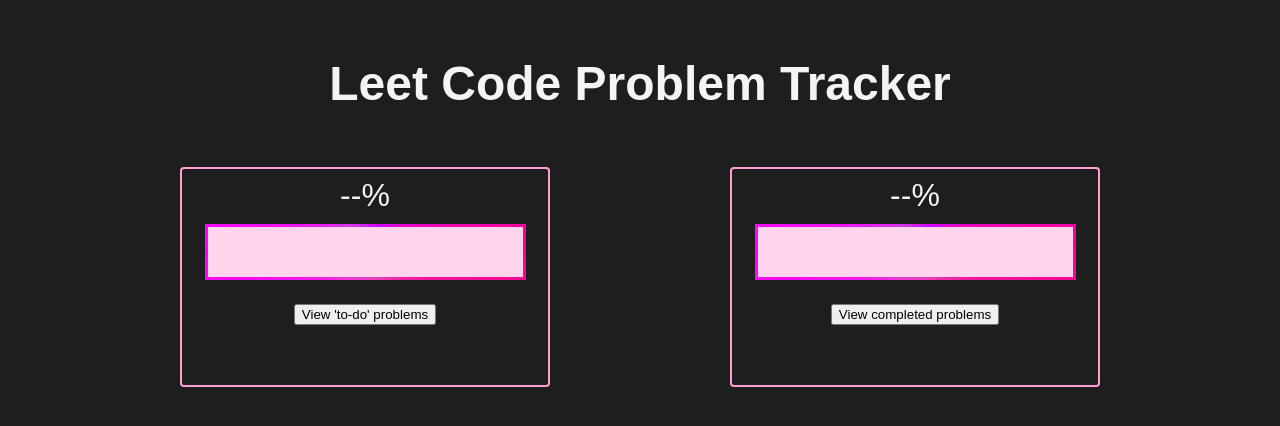
Repository: bbrockbrown/leet-code-tracker
Page: index.html
The author's editor kept a copy of each file at every save. The page is drawn from the files as they stood at one save, then again after the next save.
The browser window is 1280 px wide. The pictures show the whole page.

Above is the page before, as saved 2024-07-28 15:59:01.

### index.html
<!DOCTYPE html>
<html lang="en">
<head>
    <meta charset="UTF-8">
    <meta name="viewport" content="width=device-width, initial-scale=1.0">
    <link rel="stylesheet" href="styles.css">
    <script>src="script.js"</script>
    <title>Document</title>
</head>
<body>
    <div class="main">
        <h1 id="header">Leet Code Problem Tracker</h1>
    </div>

    <div class="tracking-container">
        <!-- Have some script grab random leet code problems daily -->
        <div class="todo-tracking">
            <div class="todo-percent">--%</div>
            <div class="progressbar" id="todo-bar"> <!--% Container for progressbar --> </div>
            <button class="todo-button">View 'to-do' problems</button>
        </div>

        <!-- Brings to page with links to completed problems, area to write
         notes about how it was solved, topics used, etc-->
        <div class="completed-tracking">
            <div class="completed-percent">--%</div>
            <div class="progressbar" id="completed-bar"> <!--% Container for progressbar --> </div>
            <button class="completed-button">View completed problems</button>
        </div>
    </div>
</body>
</html>

### styles.css
:root {
    --tracking-border-color: rgb(255, 159, 213);
}

@keyframes rotate {
	to {
		--angle: 360deg;
	}
}

@property --angle {
  syntax: '<angle>';
  initial-value: 0deg;
  inherits: false;
}

head {
    display: none;
}

body {
    font-family: Arial, sans-serif;
    background: #1e1e1e;
    margin: 0;
    padding: 0;
    color: #f4f4f4;
    overflow: hidden;
    font-size: 90%;
}

.main {
    display: flex;
    flex-flow: column;
    justify-content: center;
    align-items: center;
    padding: 24px;
}

#header {
    font-size: 48px;
}

.tracking-container {
    display: flex;
    flex-flow: row wrap;
    align-items: center;
    justify-content: space-evenly;
}

.todo-tracking, .completed-tracking {
    border: 2px solid var(--tracking-border-color);
    border-radius: 4px;
    font-size: 32px;
    text-align: center;
    box-shadow: 8px rgb(255, 159, 213, 0.8);
    height: 200px;
    width: 350px;
    padding: 8px;
}

.todo-tracking:hover, .completed-tracking:hover {
    filter: brightness(85%);
}

/* progress bar fills more as more complete */
.progressbar {
    width: 90%;
    height: 50px;
    border-radius: 8px;
    background-color: rgb(255, 212, 236);
    margin: 10px auto;
    --angle: 0deg;
    /* FOR FUTURE: make it so user can change border gradient */
    --very-pink: rgb(249, 0, 141);
    --pink: rgb(233, 58, 183);
    --pinkish-purple: rgb(233, 58, 210);
    --magenta: magenta;
    --purple: rgb(213, 58, 233);
    --very-purple: rgb(212, 0, 255);
	border: 3px solid;
	border-image: conic-gradient(from var(--angle), var(--very-pink), var(--pink), var(--pinkish-purple), var(--magenta), var(--purple), var(--very-purple), var(--very-pink)) 1;
	animation: 4s rotate linear infinite;
}

After the next save:
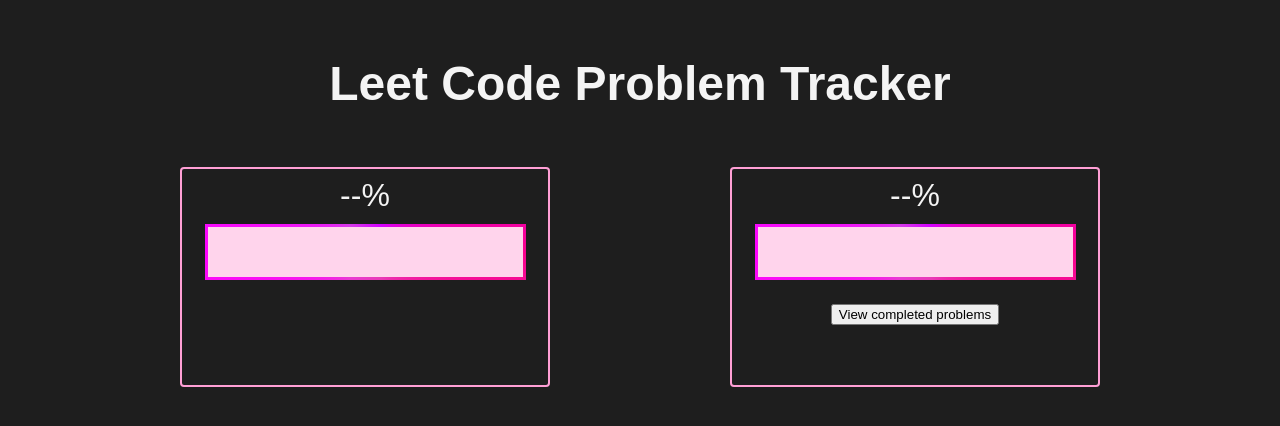
Saved 63 min 18 s later.
--- a/index.html
+++ b/index.html
@@ -17,7 +17,9 @@
         <div class="todo-tracking">
             <div class="todo-percent">--%</div>
             <div class="progressbar" id="todo-bar"> <!--% Container for progressbar --> </div>
-            <button class="todo-button">View 'to-do' problems</button>
+            <div class="todo-problem-container">
+                <div class="question"></div>
+            </div>
         </div>
 
         <!-- Brings to page with links to completed problems, area to write
